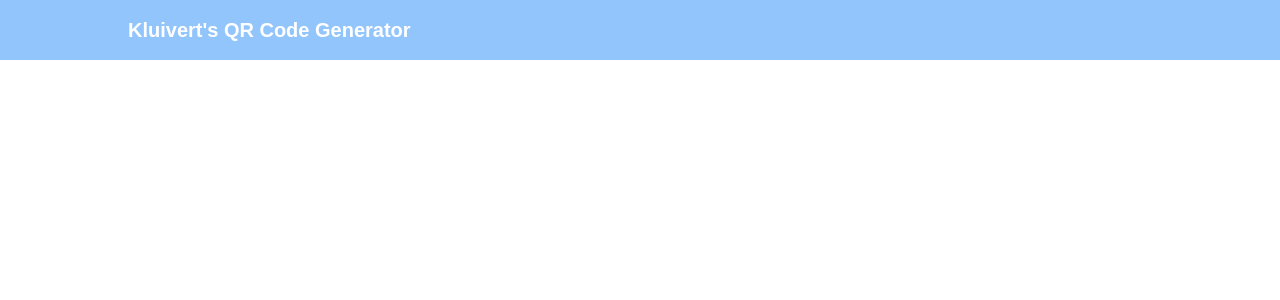
Repository: kluivert-ssali/QRcode-generator
Page: index.html
An editor plug-in stored every save of this project. The page is shown before and after the next save, followed by the edit.
The browser window is 1280 px wide. The pictures show the whole page.
Some web libraries are served in a nearby version.

Above is the page before, as saved 2022-09-01 21:45:45.
Not found: js/script.js

### index.html
<!DOCTYPE html>
<html lang="en">
  <head>
    <meta charset="UTF-8" />
    <meta http-equiv="X-UA-Compatible" content="IE=edge" />
    <meta name="viewport" content="width=device-width, initial-scale=1.0" />
    <script src="js/script.js" defer></script>
    <script src="https://cdn.tailwindcss.com"></script>
    <script>
      tailwind.config = {
        theme: {
          extend: {
            fontFamily: {
              sans: ["Poppins", "sans-serif"],
            },
          },
        },
      };
    </script>
    <script
      src="https://cdnjs.cloudflare.com/ajax/libs/qrcodejs/1.0.0/qrcode.min.js"
      integrity="sha512-CNgIRecGo7nphbeZ04Sc13ka07paqdeTu0WR1IM4kNcpmBAUSHSQX0FslNhTDadL4O5SAGapGt4FodqL8My0mA=="
      crossorigin="anonymous"
      referrerpolicy="no-referrer"
    ></script>
    <title>QR code Generator</title>
  </head>
  <body>
    <header class="bg-blue-300 p-4 mb-10">
      <div class="max-w-5xl m-auto">
        <div class="text-xl font-bold text-white">
          Kluivert's QR Code Generator
        </div>
      </div>
    </header>
  </body>
</html>

After the next save:
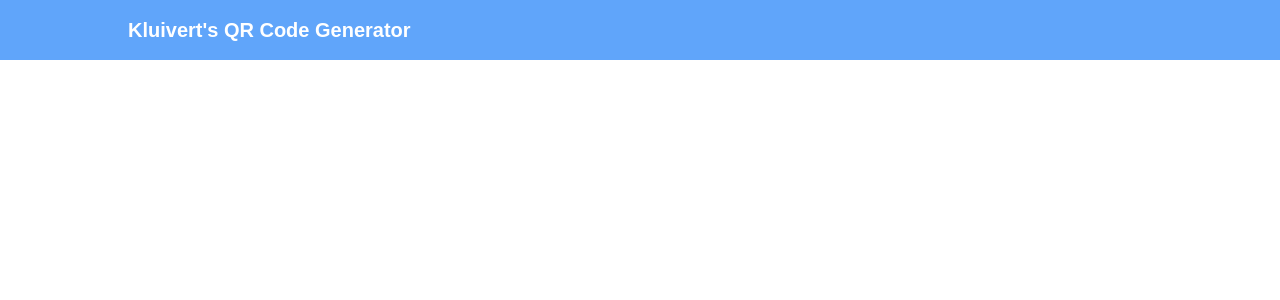
Saved 17 s later.
--- a/index.html
+++ b/index.html
@@ -26,7 +26,7 @@
     <title>QR code Generator</title>
   </head>
   <body>
-    <header class="bg-blue-300 p-4 mb-10">
+    <header class="bg-blue-400 p-4 mb-10">
       <div class="max-w-5xl m-auto">
         <div class="text-xl font-bold text-white">
           Kluivert's QR Code Generator
